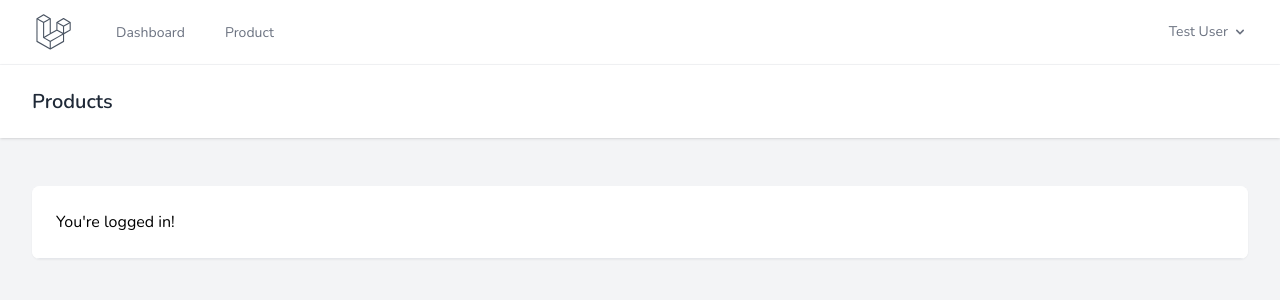
Repository: krishna-vm/them_set
Page: http://localhost/product
An editor plug-in stored every save of this project. The page is shown before and after a run of saves, followed by the edit.
The browser window is 1280 px wide. The pictures show the whole page.
The page is served by the project's Laravel application, run on PHP 8.4 with Laravel 8. A made-up administrator, Test User (test@example.com), is signed in. Style sheets and scripts are compiled from the project's sources, by tool versions that may differ from the author's.

Above is the page before, as saved 2022-09-08 13:22:34.

After the next 2 saves:
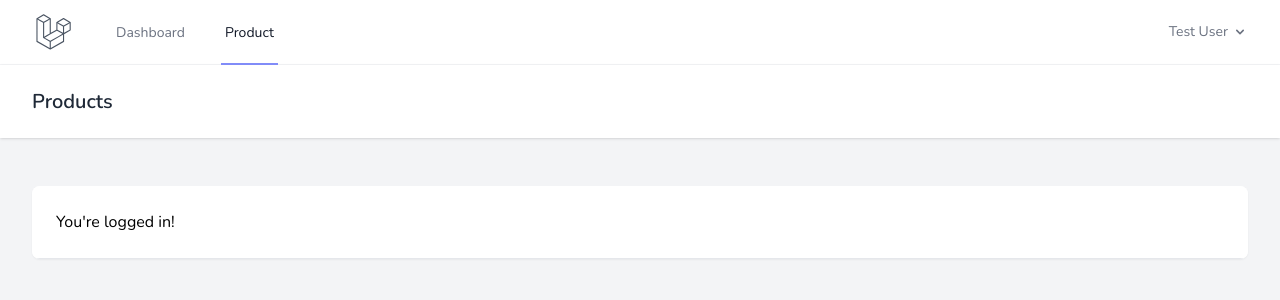
The 2 saves are shown as one change because they came seconds apart.
The last was saved 22 s later.
--- a/resources/views/layouts/navigation.blade.php
+++ b/resources/views/layouts/navigation.blade.php
@@ -15,7 +15,7 @@
                     <x-nav-link :href="route('dashboard')" :active="request()->routeIs('dashboard')">
                         {{ __('Dashboard') }}
                     </x-nav-link>
-                    <x-nav-link :href="route('dashboard')" :active="request()->routeIs('dashboard')">
+                    <x-nav-link :href="route('product')" :active="request()->routeIs('product')">
                         {{ __('Product') }}
                     </x-nav-link>
                 </div>
